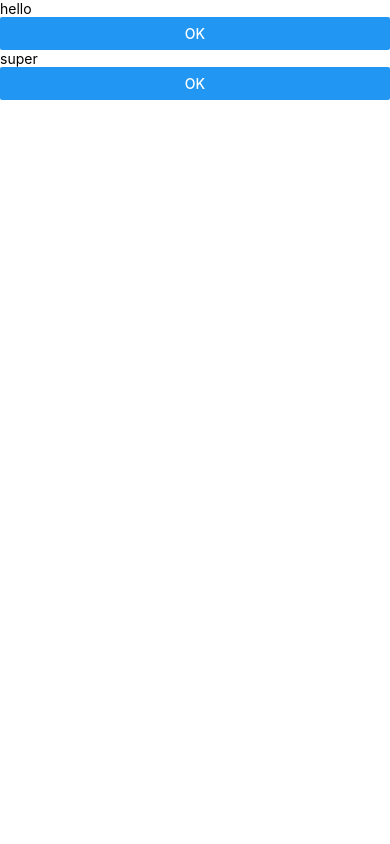
Repository: vsangavi/ReactNative-Form
Screen: /
These files come from the project's save history. The screen is drawn as it stood at one moment and after a run of saves; the edit follows.
The app was drawn by React Native's web renderer in a window 390 px wide. The project was rebuilt for these pictures with package versions that can differ from the ones it lists, and the page was loaded fresh each time.

Above is the screen before, as saved 2020-10-02 08:05:29.

After the next 4 saves:
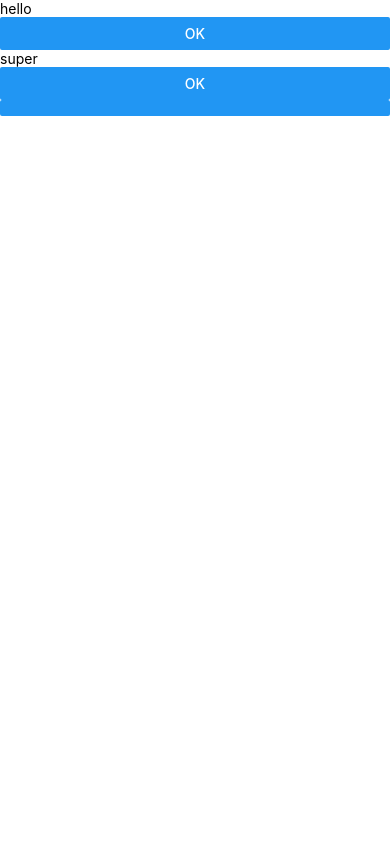
The 4 saves are shown as one change because they came seconds apart.
The last was saved 97 s later.
--- a/App.js
+++ b/App.js
@@ -74,6 +74,7 @@ class App extends Component {
           value={this.state.password}
           onChangeText={(text) => this.setState({password: text})}
         />
+        <Button title=""></Button>
       </View>
     );
   }
